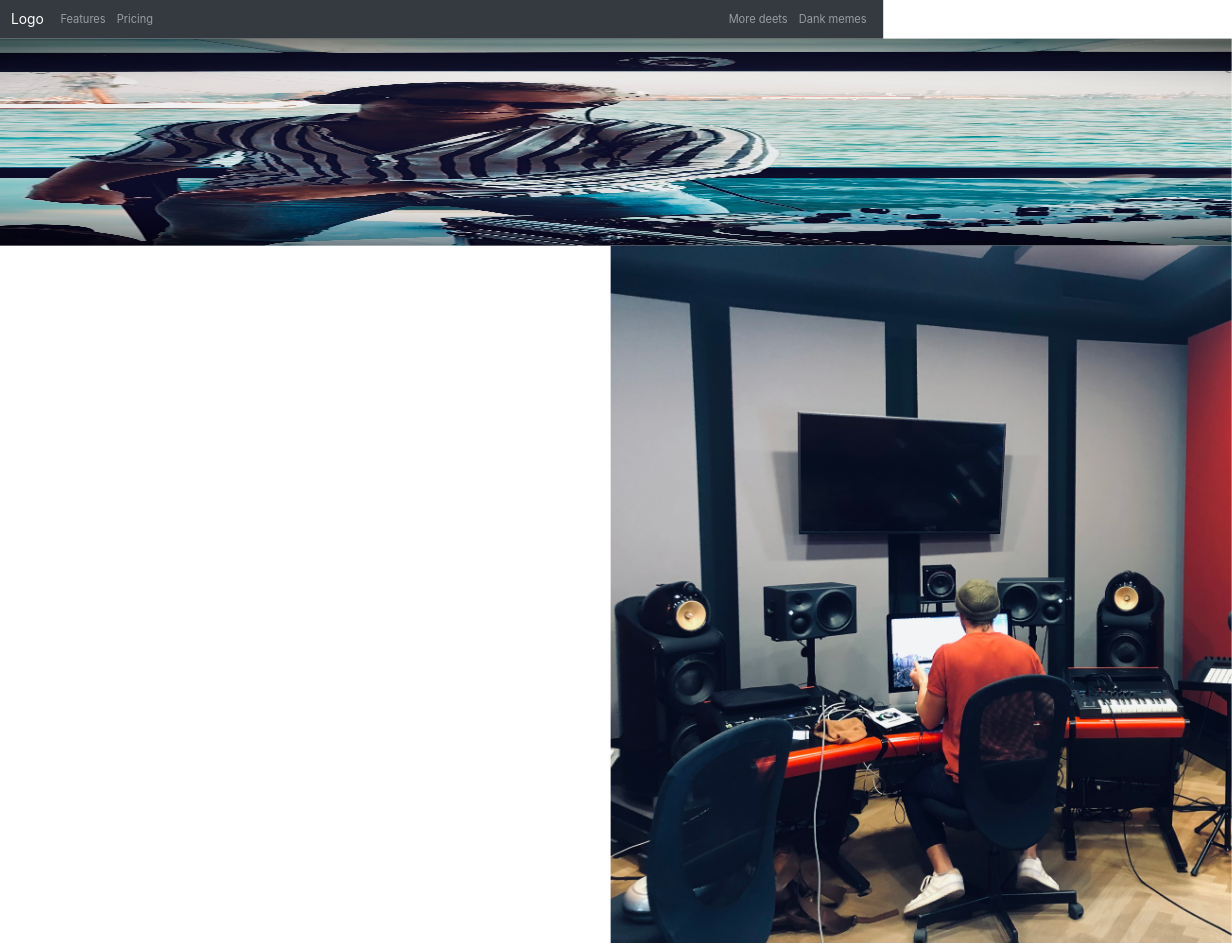
Repository: schweizercode/schweezzy
Page: /
An editor plug-in stored every save of this project. The page is shown before and after the next save, followed by the edit.
The browser window is 1280 px wide. The page is 1785 px wide, then 1295 px, so the pictures cover 1785 px, including what lies to the right of the window. The pictures show the whole page, at 69% of full size.
The project was rebuilt for these pictures with package versions that can differ from the ones it lists, and the page was loaded fresh each time.

Above is the page before, as saved 2021-04-14 13:12:39.

After the next save:
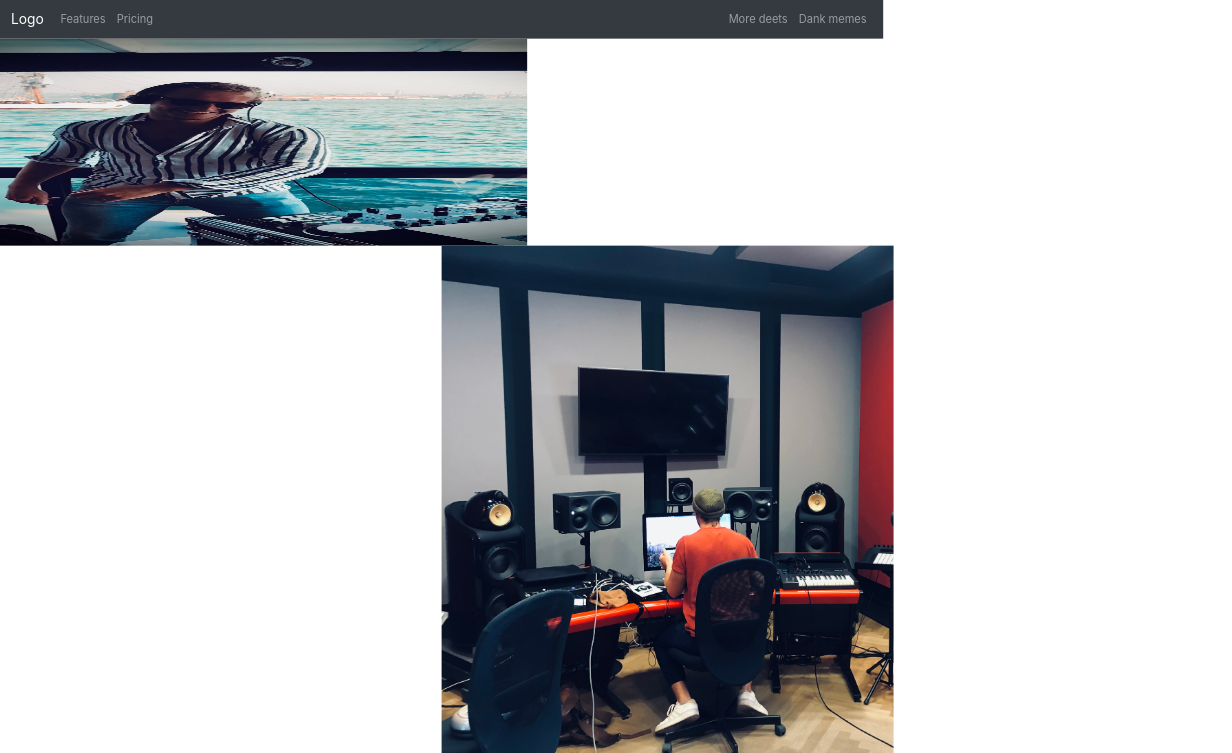
Saved 81 s later.
--- a/src/Mainpage.js
+++ b/src/Mainpage.js
@@ -11,7 +11,7 @@ function Mainpage() {
         <div class='row'>
             <div class='column'>
                 <img src={img1} alt="" style={{
-                    width: '43%', float: 'left', width: '1800px', height: '300px',
+                    width: '43%', float: 'left', width: '779px', height: '300px',
                 }} />
                 <img src={img2} alt="" style={{ width: '50%', float: 'right' }} />
             </div>
